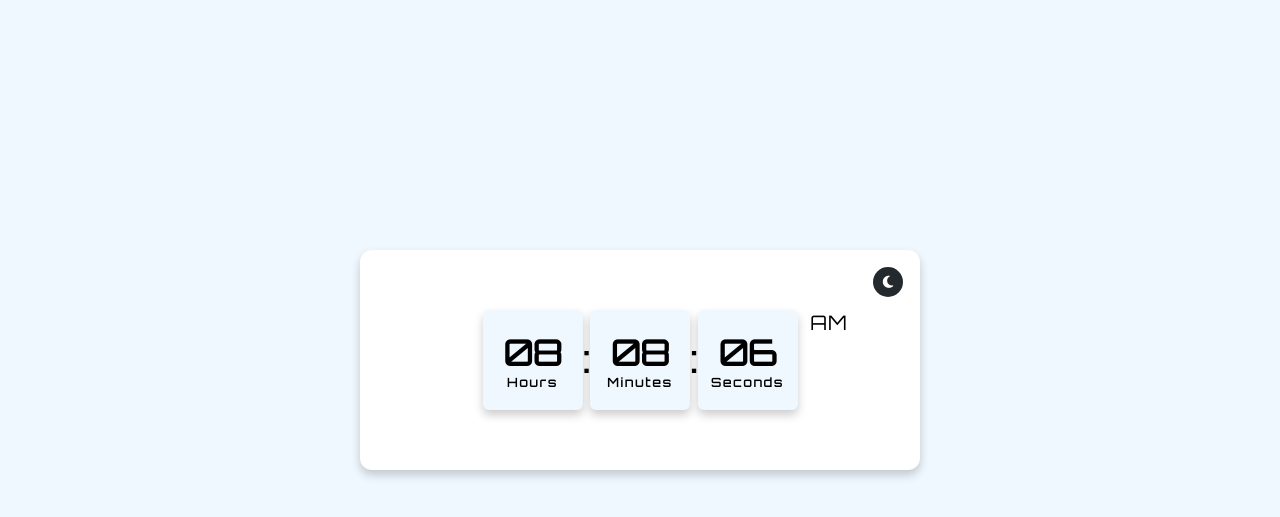
Repository: HueVu99/ComPonents
Page: Dynamic Digital Clock/index.html
The author's editor kept a copy of each file at every save. The page is drawn from the files as they stood at one save, then again after the next save.
The browser window is 1280 px wide. The pictures show the whole page.
Some web libraries are served in a nearby version.

Above is the page before, as saved 2022-07-08 19:50:27.

### Dynamic Digital Clock/index.html
<!DOCTYPE html>
<html lang="en">
<head>
    <meta charset="UTF-8">
    <meta http-equiv="X-UA-Compatible" content="IE=edge">
    <meta name="viewport" content="width=device-width, initial-scale=1.0">
    <title>Document</title>
    <link rel="stylesheet" href="style.css">
    <link rel="stylesheet" href="https://cdnjs.cloudflare.com/ajax/libs/font-awesome/6.1.1/css/all.min.css">
</head>
<body>
    <section>
        <div class="container">
            <div class="icons">
                <i class="fas fa-moon"></i>
                <i class="fas fa-sun"></i>
            </div>
            <div class="time">
              <div class="time-colon">
                <div class="time-text">
                    <span class="num hour_num"> 08</span>
                    <span class="text">Hours</span>
                </div>
                <span class="colon">:</span>
               </div>
            <div class="time-colon">
                <div class="time-text">
                    <span class="num min_num"> 08</span>
                    <span class="text">Minutes</span>
                </div>
                <span class="colon">:</span>
            </div>
            <div class="time-colon">
                <div class="time-text">
                    <span class="num sec_num"> 06</span>
                    <span class="text">Seconds</span>
                </div>
                <span class="am_pm">AM</span>
                 </div>
            </div>
        </div>
    </section>
    <script src="main.js"></script>
</body>
</html>

### Dynamic Digital Clock/style.css
@import url('https://fonts.googleapis.com/css2?family=Orbitron&family=Poppins:wght@200&display=swap');
*{
    margin: 0;
    padding: 0;
    box-sizing:border-box;
    font-family:"Orbitron",sans-serif;
    transition:  all 0.4 ease;
}
section{
    min-height: 100vh;
    width: 100%;
    display: flex;
    align-items: center;
    justify-content: center;
    background: #F0F8FF;
}
section.dark{
    background: #24292D;
}
section .container{
    display: flex;
    align-items: center;
    justify-content: center;
    height: 220px;
    max-width: 560px;
    width: 100%;
    background: #fff;
    box-shadow: 0 5px 10px rgba(0 , 0 , 0, 0.2);
    border-radius: 12px;
    position: relative;
}
section.dark .container{
    background: #323840;
}
section .container .icons i{
    position: absolute;
    right: 17px;
    top: 17px;
    height: 30px;
    width: 30px;
    background: #24292D;
    color: #fff;
    text-align:center;
    line-height: 30px;
    border-radius: 50%;
    font-size: 14px;
    cursor: pointer;
}
section.dark .container .icons i{
    background: #fff;
    color: #323840;
}
section .container .icons i.fa-sun{
    opacity: 0;
    pointer-events: none;
}
section.dark .container .icons i.fa-sun{
    opacity: 0;
    pointer-events: auto;
    font-size: 16px;
}
section .container .time{
    display: flex;
    align-items: center;
}
.container .time .time-colon{
    display: flex;
    align-items: center;
    position: relative;
}
.time .time-colon .am_pm{
    position: relative;
    position: absolute;
    top: 0;
    right: -50px;
    font-size: 20px;
    font-weight: 700px;
    letter-spacing: 1px;
}
.time .time-colon .time-text{
    width: 100px;
    height: 100px;
    display: flex;
    align-items: center;
    flex-direction: column;
    justify-content: center;
    background: #F0F8FF;
    border-radius: 6px;
    box-shadow: 0 5px 10px rgba(0 , 0, 0, 0.2);
}
section.dark .time .time-colon .time-text{
    background: #24292D;
}
.time .time-colon .time-text,
.time .time-colon .colon{
    font-size:35px;
    font-weight: 600;
}
section.dark
.time .time-colon .colon{
    font-size: 40px;
    margin: 0 10px;
}
.time .time-colon .time-text .text{
    font-size: 12px;
    font-weight: 700;
    letter-spacing: 2px;
}

### Dynamic Digital Clock/main.js
let section = document.querySelector("section");
let icons = document.querySelector(".icons");

icons.onclick =() =>{
    section.classList.toggle("dark");
}

After the next save:
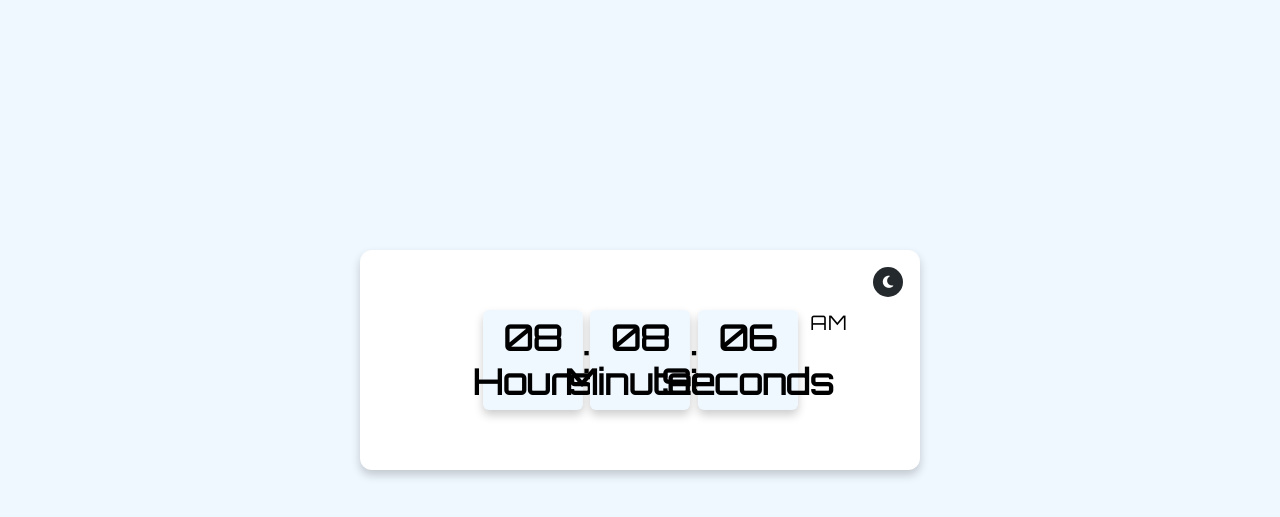
Saved 7 s later.
--- a/Dynamic Digital Clock/style.css
+++ b/Dynamic Digital Clock/style.css
@@ -96,7 +96,8 @@
     font-size:35px;
     font-weight: 600;
 }
-section.dark
+section.dark .time .time-colon .time-text,
+.time .time-colon .colon{
 .time .time-colon .colon{
     font-size: 40px;
     margin: 0 10px;

After the 3 saves that followed:
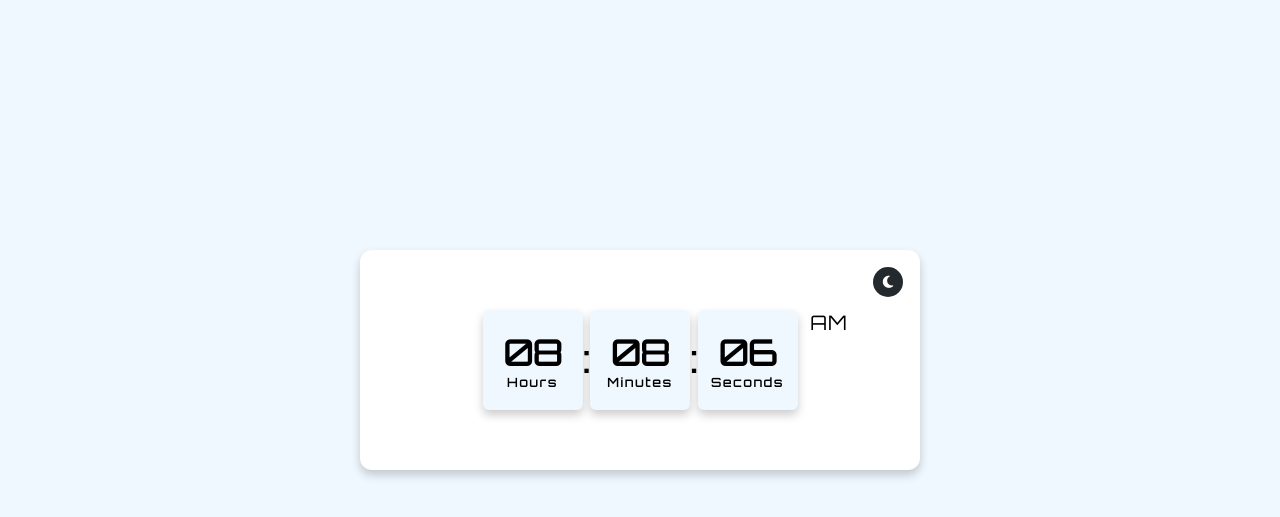
The 3 saves are shown as one change because 1 left the picture as it was and some came seconds apart.
The last was saved 25 s later.
--- a/Dynamic Digital Clock/style.css
+++ b/Dynamic Digital Clock/style.css
@@ -97,8 +97,8 @@
     font-weight: 600;
 }
 section.dark .time .time-colon .time-text,
-.time .time-colon .colon{
-.time .time-colon .colon{
+section.dark .time .time-colon .colon{
+
     font-size: 40px;
     margin: 0 10px;
 }
